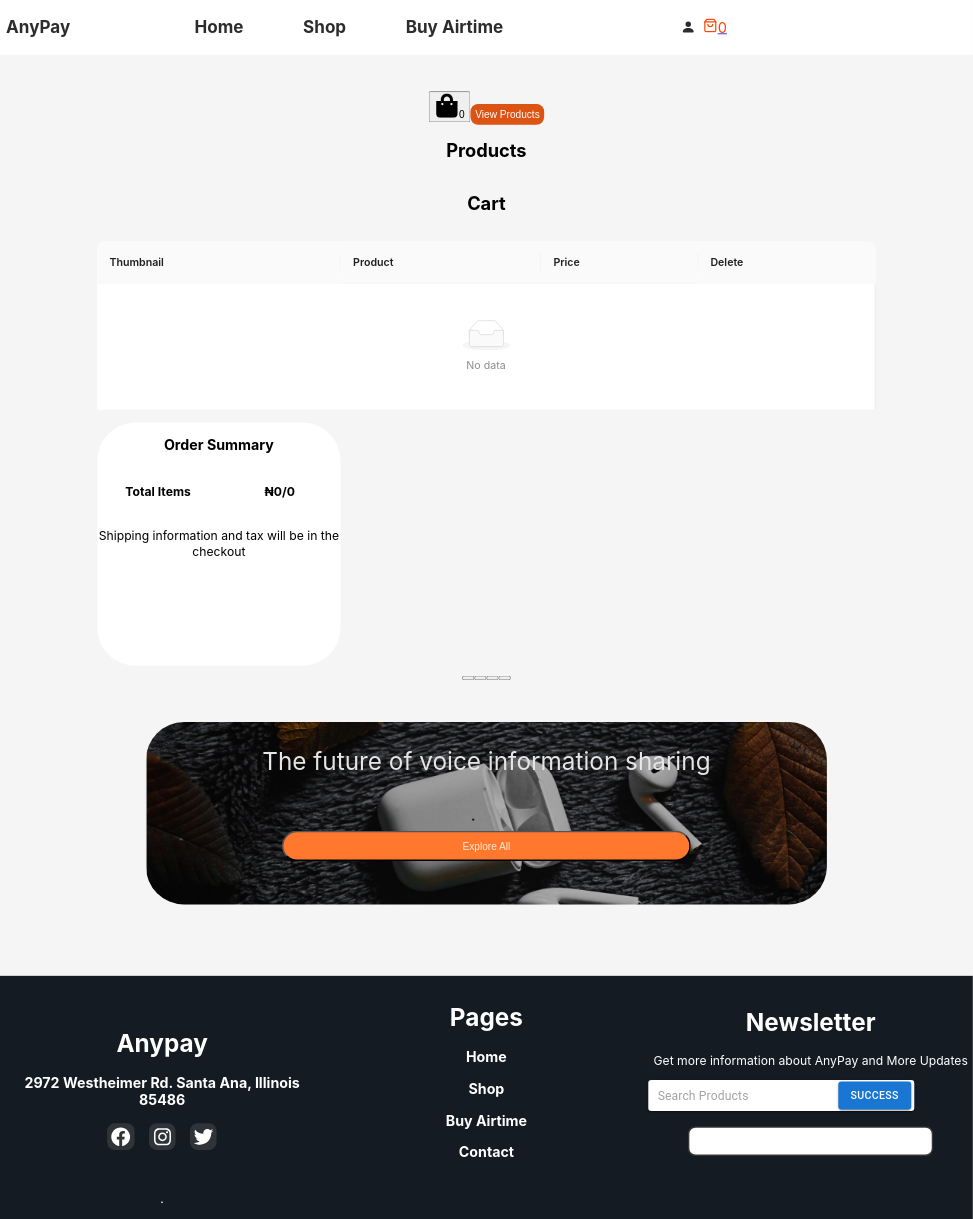
Repository: ValGrace/Ecommerce-project
Page: /prod (app in frontend/), after clicking the first element matching `button`
An editor plug-in stored every save of this project. The page is shown before and after the next save, followed by the edit.
The browser window is 1280 px wide. The pictures show the whole page, at 76% of full size.
The project was rebuilt for these pictures with package versions that can differ from the ones it lists, and the page was loaded fresh each time. Also part of the build but not shown: frontend/src/components/Login.js, frontend/src/components/signup.css, frontend/src/components/Signup.js, frontend/src/components/ChangePass.js, frontend/src/StoreComponents/recommended.js, frontend/src/StoreComponents/images/StorePages/virtualReal.js, frontend/src/StoreComponents/images/StorePages/speakers.js, frontend/src/StoreComponents/images/StorePages/laptops.js and 15 more.

Above is the page before, as saved 2023-07-12 15:54:28.

### frontend/public/index.html
<!DOCTYPE html>
<html lang="en">
  <head>
    <meta charset="utf-8" />
    <!-- <link rel="icon" href="%PUBLIC_URL%/favicon.ico" /> -->
    <meta name="viewport" content="width=device-width, initial-scale=1" />
    <meta name="theme-color" content="#000000" />
    <meta
      name="description"
      content="Web site created using create-react-app"
    />

    <!--
      manifest.json provides metadata used when your web app is installed on a
      user's mobile device or desktop. See https://developers.google.com/web/fundamentals/web-app-manifest/
    -->
    <!-- <link rel="manifest" href="%PUBLIC_URL%/manifest.json" /> -->
    <!--
      Notice the use of %PUBLIC_URL% in the tags above.
      It will be replaced with the URL of the `public` folder during the build.
      Only files inside the `public` folder can be referenced from the HTML.

      Unlike "/favicon.ico" or "favicon.ico", "%PUBLIC_URL%/favicon.ico" will
      work correctly both with client-side routing and a non-root public URL.
      Learn how to configure a non-root public URL by running `npm run build`.
    -->
    <title>Anypay</title>
  </head>
  <body>
    <noscript>You need to enable JavaScript to run this app.</noscript>
    <div id="root"></div>
    <!--
      This HTML file is a template.
      If you open it directly in the browser, you will see an empty page.

      You can add webfonts, meta tags, or analytics to this file.
      The build step will place the bundled scripts into the <body> tag.

      To begin the development, run `npm start` or `yarn start`.
      To create a production bundle, use `npm run build` or `yarn build`.
    -->
  </body>
</html>

### frontend/src/index.js
import React from 'react';
import ReactDOM from 'react-dom';
import './index.css';
import App from './App';
import { Provider } from 'react-redux';
import { store} from './redux/store'
//import { PersistGate } from 'redux-persist/integration/react';
import { BrowserRouter as Router } from 'react-router-dom';

ReactDOM.render(

   <Router>
      <Provider store={store}>
       <App />
      </Provider>
    </Router>
 ,
  document.getElementById('root')
);

### frontend/src/index.css
:root {
  --changeColor: #fff;
  --textColor: rgb(8, 8, 8);
  --background: #f5f5f5;
}
body {
  margin: 0;

  font-family: -apple-system, BlinkMacSystemFont, "Segoe UI", "Roboto", "Oxygen",
    "Ubuntu", "Cantarell", "Fira Sans", "Droid Sans", "Helvetica Neue",
    sans-serif;
  background-color: var(--background);

}

.landing-page {
  width: 100vw;
  height: 100%;
  display: flex;
  flex-direction: column;
  align-items: center;
}

.top-bar {
  width: 100vw;
  max-height: 10vh;
  display: grid;
  color: rgb(44, 44, 44);
  margin-bottom: 3em;
  align-items: center;

  background-color: var(--changeColor);
}

#navbar {
  display: grid;
  grid-template-columns: 2fr 5fr 2fr;
  align-items: center;
  justify-content: center;
  width: 90%;
  font-size: 1.2em;
  position: sticky;
}

.app-logo {
  display: flex;
  margin-left: 0.5rem;
  align-items: flex-end;
  text-decoration: wavy;
}
#pages,
#account {
  display: flex;
  align-items: center;
  justify-content: flex-start;
}

#pages h3 {
  margin-right: 4.9rem;

  color: rgb(44, 44, 44);
}

.mylink {
  text-decoration: none;
}
.email-label {
  text-align: start;
}
.btn-create-account {
  height: 25px;
  position: relative;
  right: 0;
  top: 24%;
  padding: 10px;
  color: #ffffff;
  border-radius: 45px;
  background-color: #ff6915;
  margin-left: 20px;
}

.credentials {
  max-width: 99vw;
  height: auto;
  border-radius: 50px;
  background-color: white;
  color: rgb(32, 32, 32);
  display: flex;
  flex-direction: column;
  align-items: center;
  margin: auto;
}
input {
  width: 100%;
  max-height: 1.6rem;
  border-radius: 10px;
  border: 2px solid rgba(29, 28, 28, 0.884);
  padding: 10px;
  margin: 1.1rem;
}

#subemail {
  margin: 20px;
  width: 70%;
}

.btn {
  width: 60%;
  height: 2.5rem;
  color: antiquewhite;
  margin-top: 40px;
  border-radius: 50px;
  background-color: #ff782d;
}
#btn {
  width: 10.1rem;
  height: 3.6rem;
  border: none;
  background-color: rgb(255, 255, 255);
  margin-right: 1.4rem;
  font-size: 1.2em;
  border-radius: 10px;
}
.formStyle {
  display: flex;
  flex-direction: column;
  align-items: center;
}

.section {
  line-height: 0.3rem;
  padding: 1.2em;
}

.section > h2 {
  font-size: 2rem;
  font-weight: bolder;
}

.container {
  width: 90vw;
  color: var(--changeColor);
  border-radius: 40px;
  height: 80vh;
  display: flex;
  justify-content: center;
  align-items: center;
  background-size: cover;
}

.welcome-section {
  background: linear-gradient(0deg, rgba(0, 0, 0, 0.2), rgba(0, 0, 0, 0.2)),
    url("https://images.unsplash.com/photo-1581351123004-757df051db8e?ixlib=rb-1.2.1&ixid=MnwxMjA3fDB8MHxzZWFyY2h8Nzl8fGdhbWluZ3xlbnwwfHwwfHw%3D&auto=format&fit=crop&w=500&q=60"),
    #ffffff;
  border-radius: 50px;
  width: 90vw;
  height: auto;
  display: flex;
  flex-direction: column;
  align-items: center;
  padding: 1.6em;
  background-size: cover;
  margin-left: 0.4rem;
  margin-bottom: 0.9rem;
}

.intro {
  width: 45%;
  height: auto;
  font-weight: bolder;
  font-size: 2.2rem;
  color: #ffffff;
}
#search {
  width: 50%;
  height: 3.1em;
  margin: 2.6rem;
}

input[type="search"] + p {
  font-size: 2.1em;
  color: rgb(255, 255, 255);
}

.product {
  width: 80vw;
  /* height: 280px; */
  /* position: relative; */
  z-index: 4;
  top: -5%;
  display: flex;
  flex-wrap: wrap;
  gap: 20px;
  justify-content: center;
  align-items: center;
  font-weight: bolder;
}

.product-item {
  width: 15em;
  height: 40vh;
  border-radius: 10px;
  background-color: var(--changeColor);
  color: var(--textColor);
  font-size: 0.8rem;
  text-align: end;
  padding: 5px;
}

.descr {
  position: relative;
  bottom: 0;
}

.recharge {
  width: 80vw;
  padding: 0.8em;
  display: flex;
  margin: 1.5rem;
  flex-direction: column;
}
.recharge > h2 {
  text-align: start;
  color: #171718cc;
}
.btn-dispatch {
  display: flex;
  flex-direction: row;
  gap: 0.3em;
}
.redux-store-content {
  display: flex;
  flex-direction: column;
  flex-grow: 1;
  padding-left: 0;
  padding: 1.2em;

}
#options {
  display: flex;
  flex-direction: row;
  gap: 2rem;
}
#airtime {
  width: 10rem;
  height: auto;
  border-radius: 10px;
  background-color: #ffffff;
}

.categories {
  width: 90vw;
  height: auto;
  display: flex;
  flex-direction: column;
  padding: 10px;
  border-radius: 50px;
  gap: 1.2rem;
  background-color: rgba(252, 252, 252, 0.938);
}
.categories > h2 {
  text-align: center;
  color: #1c1c1dd8;
}
.store-category {
  display: flex;
  gap: 0.8em;
  flex-direction: row;
  flex-wrap: wrap;
  justify-content: center;
}
.storeClass {
  max-width: 9.5rem;
  height: 9.5rem;
}

.storeClass > img {
  width: 6em;
  height: 6em;
  border-radius: 50%;
  background-size: contain;
}

.top-deals,
.gaming-section {
  width: 80vw;
  /* height: 25rem; */

  display: flex;
  flex-direction: column;
  margin: auto;
}

.top-deals > h1 {
  text-align: start;
  color: #0f0f0fe3;
}

.shoppingbag:hover {
  background-color: #ff910049;
}
/* AllProducts */
.deals-container {
  display: flex;
  flex-direction: row;
  justify-content: center;
  width: 80vw;
  height: auto;
  gap: 1rem;
}
.singleDeal {
  width: 15rem;
  height: 20rem;
  background-color: white;
  border-radius: 20px;
  padding-top: 10px;
}
#top {
  display: grid;
  grid-template-columns: 1fr 1fr;
  justify-content: center;
  align-items: center;
}
#top-price {
  background-color: #ffa573;
  width: 5rem;
  margin: 10px;
  border-radius: 6px;
}

.singleDeal > img {
  width: 100%;
  height: 50%;
}

.explore {
  width: 70vw;
  height: 15rem;
  display: flex;
  border-radius: 50px;
  padding: 3rem;
  flex-direction: column;
  align-items: flex-start;
  justify-content: center;
  background: url("./StoreComponents/images/Rectangle\ 35.png");
  margin: 3.4rem;
  color: #e5e5e5;
}

.explore-btn {
  width: 8rem;
  height: 2rem;
  border-radius: 10px;
  background-color: #ff782d;
  border: none;
}

.shop-games {
  width: 90%;
  height: auto;
  display: flex;
  margin: 0.9em;
  gap: 1em;
  justify-content: center;
  align-items: center;
}

.gaming-section {
  width: 80vw;
  color: #19191ae8;
}
.singleGame {
  width: 15em;
  height: 20em;
  border-radius: 20px;
  padding: 10px;
  background-color: rgba(255, 255, 255, 0.932);
  background-size: contain;
}

.singleGame > img {
  width: 100%;
  height: 40%;
}

.image-section {
  width: 80vw;
  height: 17rem;
  margin: 8rem;
  background: url("./StoreComponents//images/image6.png");
  background-size: cover;
  border-radius: 50px;
}

.image-section > img {
  width: 40rem;
  height: 21.3rem;
  position: relative;
  top: -88%;
  right: -25%;
}
.sect {
  color: white;
  display: flex;
  flex-direction: column;
  margin-left: 10px;
}
.second-image {
  width: 70vw;
  height: 15rem;
  margin: 3.4rem;
  font-size: 2rem;
  color: #e5e5e5;
  background: url("./StoreComponents/images/Rectangle\ 38.png");
  border-radius: 50px;
}

.store-container {
  width: 60vw;
  height: 40vh;
  display: flex;
  margin: 1em;
  background: var(--changeColor);
  border: 1px solid #ffffff;
  box-sizing: border-box;
}

.store-content {
  display: flex;
  flex-direction: column;
  align-items: flex-end;
  padding-left: 0;
  padding: 1.2em;
}

.store-content > h3 {
  color: rgba(36, 35, 35, 0.856);
  font-size: 1rem;
}
.store-image {
  width: 40%;
  height: 100%;
  display: flex;
  align-items: flex-start;
}

.store-image > img {
  width: 15em;
  height: 100%;
}
#mini {
  display: grid;
  grid-template-columns: 1fr 1fr;
}

.entireStore {
  display: flex;
}

section {
  width: 25vw;
  position: -webkit-sticky;
  position: sticky;
  height: 100vh;
  top: 0;
  display: flex;
  flex-direction: column;
  left: 0;
}
section > button {
  background-color: orangered;
  width: 15vw;
  margin: 1.5em;
  font-size: 0.8rem;
  border-radius: 10px;
  color: #ffffff;
  padding: 10px;
}

article {
  position: relative;
  right: 0;
}

.plant-store {
  width: 20em;
  height: 30em;
  display: flex;
  flex-direction: column;
  background-color: blue;
  gap: 3em;
}

.plant-store > img {
  width: 100%;
  height: 40%;
}

.plantStore {
  display: flex;
  width: 50em;
  flex-wrap: wrap;
  position: relative;
  right: 0;
}

#cart-section {
  display: grid;
  grid-template-columns: 1fr 1fr;
}

.store-btn {
  background-color: rgb(220, 83, 20);
  width: auto;
  height: 1.7rem;
  border: none;
  border-radius: 10px;
  color: white;
  justify-content: end;
}
.redux-store-btn {
  background-color: rgb(220, 83, 20);
  width: auto;
  height:1.2em;
  border: none;
  border-radius: 10px;
  color: white;
  justify-content: end;
}

footer {
  width: 100vw;
  height: 20rem;
  margin-top: 40px;
  display: grid;
  grid-template-columns: 1fr 1fr 1fr;
  background-color: #141b22;
  align-items: center;
  justify-content: center;
  color: white;
}
/* shoppingcart */

.social-accounts {
  display: flex;
  gap: 1.2rem;
  align-items: center;
  justify-content: center;
}

#account-icon {
  width: 2.2rem;
  height: 2.2rem;
  border-radius: 10px;
  background-color: rgba(122, 122, 122, 0.274);
  display: flex;
  justify-content: center;
  align-items: center;
}
.header {
  position: relative;
  left: -30%;
  top: 10%;
}

.cart-container {
  display: flex;
}

.personal {
  position: relative;
  left: -30%;
  text-align: start;
}
.login {
  width: 100%;
  border: 2px solid rgba(27, 27, 27, 0.856);
  padding: 10px;
  margin-bottom: 1em;
}

.private {
  display: flex;
}

#expiry,
#ccv {
  width: 7rem;
  margin: 1.2rem;
}
.cart-btn {
  background-color: black;
  color: #ffffff;
  width: 6rem;
  margin: 1.2rem;
  height: 3rem;
}

.details-component {
  display: grid;
  grid-template-columns: 1fr 1fr;
  width: 80vw;
  height: 60vh;
}
.image-container {
  height: 100%;
  background-color: white;
  display: flex;
  align-items: center;
  justify-content: center;
  border-radius: 10%;
}

.image-container > img {
  width: 70%;
  height: 70%;
}
.quantity {
  display: flex;
  position: relative;
  left: 30%;
  margin: 2rem;
}

.buysingle,
.buyall {
  padding: 30px;
  display: flex;
  flex-direction: column;
  font-weight: 600;
  align-items: center;
  justify-content: space-around;
  background-color: var(--changeColor);
  border-radius: 20px;
  margin-bottom: 20px;
}
.quantity > div {
  width: 4rem;
  height: 4rem;
}
.shipping,
.payment {
  max-width: 40em;
  min-height: 5em;
  margin: 20px;
  background-color: var(--changeColor);
  display: flex;
  border-radius: 5%;
  flex-direction: column;
  justify-content: center;

  padding: 30px;
}
.shipping1,
.payment1 {
  display: grid;
  grid-template-columns: 3fr 1fr;
  align-items: center;
}
#firstName,
#lastName,
#phone,
#cardname,
#cardnum,
#expire,
#cvv,
#discount {
  width: 95%;
}

.airtime {
  display: flex;
  gap: 1em;
}
.brands {
  display: flex;
  justify-content: center;
  align-items: center;
  width: 10em;
  height: 10em;
  position: relative;
  left: 30%;
}
.brands > img {
  width: 100%;
  height: 50%;
}

.air {
  display: grid;
  grid: 1fr 1fr;
  width: 40vw;
  position: relative;
  left: 30%;
  text-align: start;
  grid-template-rows: 1fr 1fr;
  grid-template-areas:
    "header" "section"
    "sidebar content";
}
#bt {
  height: 50px;
  width: 400px;
  border: none;
  border-radius: 10px;
}
.air > input {
  width: 50%;
}

.cartproducts {
  display: flex;
  height: auto;
  flex-direction: column;

  position: relative;
  z-index: 0;
}
#flexing {
  display: flex;
}
.allproducts {
  display: flex;
  flex-direction: row;
  flex-wrap: wrap;
  height: auto;
  position: relative;
  align-items: center;
  z-index: 0;
}
.color-options {
  min-width: 80%;
}
.btn-color {
  min-width: 1.9rem;
  min-height: 1.9rem;
  margin: 0.4rem;
  border-radius: 50%;
}
.page-navigate h3 {
  color: var(--changeColor);
}
.details-component {
  padding: 40px;
}
.about-section,
.reviews {
  width: 45rem;
  position: relative;
  left: 10%;
  text-align: start;
}

.reviews-section {
  width: 50%;
  min-height: 5rem;
  background-color: white;
}
aside {
  display: flex;
}

.related-prod {
  display: grid;
  grid-template-columns: 1fr 1fr;
  align-items: flex-start;
  color: #141b22;
}

table {
  border-collapse: collapse;
  text-align: center;
  width: 70vw;
}
table td {
  padding: 10px 75px;
  border-right: 0.5px solid rgba(83, 83, 83, 0.137);
}
table th > td {
  border-right: 0;
  padding: 0px 80px;
}
table th,
table tr {
  padding: 10px 10px;
  border-bottom: 1px solid rgba(66, 66, 66, 0.514);
}

#imgnprod {
  width: 7rem;
  height: 4rem;
}

.summary {
  background-color: var(--changeColor);
  width: 20em;
  height: 20em;
  border-radius: 50px;
}

#totals {
  display: grid;
  grid-template-columns: 1fr 1fr;
  justify-content: center;
  align-items: center;
}

@media screen and (max-width: 1200px) {
  #pages {
    display: none;
  }
  .top-bar {
    height: 10vh;
    display: flex;
    justify-content: center;
  }
  #nav-pages {
    width: 70vw;
    position: absolute;
    top: 40%;
    display: flex;
    flex-direction: column;
    padding: 0.1em;
    background-color: rgba(212, 209, 209, 0.774);
  }
  footer {
    /* width: 95vw; */
    grid-template-columns: 1fr;
    height: auto;
  }
  table {
    border-collapse: collapse;
    text-align: center;
    width: 100vw;
    border-bottom: 30px;
  }
  table td {
    padding: 20px 52px;
    margin: 1px;
  }
  table th,
  table tr {
    padding: 10px 62px;
    border-bottom: 1px solid;
    margin: 2px;
  }
  #flexing {
    flex-direction: column;
    align-items: flex-start;
  }
  table th > td {
    padding: 0 55px;
  }

  #imgnprod {
    width: 3rem;
  }
}

@media screen and (min-width: 1200px) {
  #bar {
    display: none;
  }
}

@media screen and (max-width: 990px) {
  .store-container {
    width: 90vw;
  }

  .store-content {
    font-size: 0.9rem;
  }
}
@media screen and (max-width: 650px) {
  .fullStore {
    min-width: 300px;
  }


  /* .welcome-section {
    width: 90vw;
    position: relative;
    margin-bottom: 35em;
  } */
  .product {

    position: relative;
    width: 100%;
    margin: auto;
    color: black;
  }
  .product-item {
    position: relative;
    width: 50vw;
    font-size: 1.4rem;
  }

  #recimg {
    width: 40%;
  }
  .gaming-section {
    width: 100vw;
  }

  .shop-games {
    /* position: relative;
    left: -15%; */
    width: 100vw;
    display: flex;
    flex-direction: column;
    justify-content: center;
    align-items: center;
  }
  /* .singleDeal {
    position: relative;
    left: -35%;
  } */

  .singleDeal {
    width:70vw;
  }

  .singleGame {
    width: 95vw;
    height: 25vh;
    display: grid;
    grid-template-columns: 1fr 1fr 1fr 1fr;
    grid-template-rows: auto;
    grid-template-areas: "header header descript descript"
                         "header header . ."
                         "header header sidecontent sidecontent";
  }

  .singleGame > img {
    grid-area: header;
  }

  .singleGame > h3 {

    grid-area: descript;
  }

  .singleGame > h4 {
    grid-area: sidecontent;
  }
  .deals-container {
    /* position: relative;
    left: 40%; */


    flex-direction: column;
  }
  .explore {
    max-width: 95vw;
    margin: 0.5rem;
    /* position: relative;
    left: 50%; */
  }

  .gaming-section {
    /* position: relative;
    left: 20%; */
    width: 100vw;
    display: grid;
    justify-content: center;
    align-items: center;
  }

  .cartproducts {
    position: relative;
    left: 0;
  }

  #topup,
  #mobile {
    width: 10em;
  }
  .airtime {
    width: 100vw;
    position: relative;
    left: -30%;
  }
  .air {
    position: relative;
    width: 100vw;
    left: 0;
  }
  .brands {
    width: 10em;
    flex-wrap: wrap;
  }
  .store-container {
    width: 80vw;
    height: 20vh;
  }
  .store-image > img {
    width: 5rem;
  }
  .store-content > h3 {
    font-size: 0.5em;
  }
  #mini,
  #branded {
    display: none;
  }
  #cart-section {
    font-size: 0.6em;
  }
  #shopcart {
    size: 0.7em;
  }
  input[type="search"] + p {
    color: #1b1b1bc5;
  }
  table {
    border-collapse: collapse;
    font-size: 0.8em;
    text-align: center;
    width: 100vw;
  }
  table td {
    padding: 3px 2px;
    margin: 1px;
  }
  table th,
  table tr {
    padding: 3px 2px;
    border-bottom: 1px solid;
    margin: 2px;
  }
  #flexing {
    flex-direction: column;
    align-items: flex-start;
  }
  table th > td {
    padding: 0 5px;
  }
  .air {
    display: flex;
    flex-direction: column;
  }

  .image-section {
    display: none;
  }
}

### frontend/src/App.js
import './App.css';

import EntryPage from './components/LandingPage';



function App() {

  return (
    <div className="App">
    <EntryPage />

    </div>

  );
}

export default App;

### frontend/src/redux/store.js
import { configureStore} from "@reduxjs/toolkit"
import { cartReducer } from "./cartSlice"
import storage from "redux-persist/lib/storage"
import {
    persistStore,
    persistReducer,
    FLUSH,
    REHYDRATE,
    PAUSE,
    PERSIST,
    PURGE,
    REGISTER
} from 'redux-persist'

const persistConfig = {
    key: 'root',
    storage
}

const persistedReducer = persistReducer(persistConfig, cartReducer)

export const store = configureStore({
    reducer: persistedReducer,
    middleware: (getDefaultMiddleware) =>
        getDefaultMiddleware({
            serializableCheck: {
                ignoredActions: [FLUSH, REHYDRATE, PAUSE, PERSIST, PURGE, REGISTER]
            }
        })

})

export const persistor = persistStore(store)

### frontend/src/App.css
.App {
  text-align: center;
  box-sizing: border-box;
}

### frontend/src/components/footerNavbar.js
import React from 'react'
import { FaFacebook, FaInstagram, FaTwitter } from 'react-icons/fa'
import { Link } from 'react-router-dom'
import Paper from '@mui/material/Paper';
import InputBase from '@mui/material/InputBase';
import Button from '@mui/material/Button'
import IconButton from '@mui/material/IconButton';

const MyFooterNav = () => {

    return (
        <>
        <div className="brand">
            <h1>Anypay</h1>
            <h3>2972 Westheimer Rd. Santa Ana, Illinois 85486</h3>
            <div className="social-accounts">
                <div id="account-icon"><FaFacebook size="1.6rem"/></div>
                <div id="account-icon"><FaInstagram size="1.6rem"/></div>
                <div id="account-icon"><FaTwitter size="1.6rem"/></div>
            </div>
             </div>
             <div className="page-navigate">
                 <h1>Pages</h1>
                 <Link to="/dash" className="mylink"><h3>Home</h3></Link>
                <Link to="/prod" className="mylink"> <h3>Shop</h3></Link>
                <Link to="/airtime" className="mylink"><h3>Buy Airtime</h3></Link>
                 <h3>Contact</h3>
             </div>
             <div className="Newsletter">
                 <h1>Newsletter</h1>
                 <p>Get more information about AnyPay and More Updates</p>
                 <form className="form-wrapper cf">
                 <Paper
      component="form"
      sx={{ p: '2px 4px', display: 'flex', alignItems: 'center', width: "80%" }}
    >

      <InputBase
        sx={{ ml: 1, flex: 1 }}
        placeholder="Search Products"
        inputProps={{ 'aria-label': 'search google maps' }}

      />
      <Button variant="contained">
  Success
</Button>
      {/* <IconButton type="button" sx={{ p: '10px' }}
      aria-label="search"

      >
        <button className="btn">Subscribe</button>
      </IconButton> */}

    </Paper>
                 <label htmlFor="subemail">
                     <input type="email" id="subemail"/>
                     <span></span>
                 </label>
                 </form>
             </div>
             <hr/>
        </>
    )
}

export default MyFooterNav

### frontend/src/apiintergration/firebase.js
import firebase from "firebase/compat/app"
import "firebase/compat/auth"

const app = firebase.initializeApp({
  apiKey: "AIzaSyA3ARP2SHm3BAsDMOQ0o52z6XqkaT4PUwQ",
  authDomain: "anypay-28455.firebaseapp.com",
  projectId: "anypay-28455",
  storageBucket: "anypay-28455.appspot.com",
  messagingSenderId: "1067102265748",
  appId: "1:1067102265748:web:0e3f616d8af48933452f81",
  measurementId: "G-D37HMCCEGX"
})
export const auth = app.auth()
export default app

Loaded but not shown: frontend/src/components/AllProducts.js (175 lines, source omitted); frontend/src/components/LandingPage.js (64 lines, source omitted); frontend/src/components/navbar.js (52 lines, source omitted); frontend/src/redux/cartSlice.js (43 lines, source omitted); frontend/src/Context/AuthContext.js (41 lines, source omitted)

After the next save:
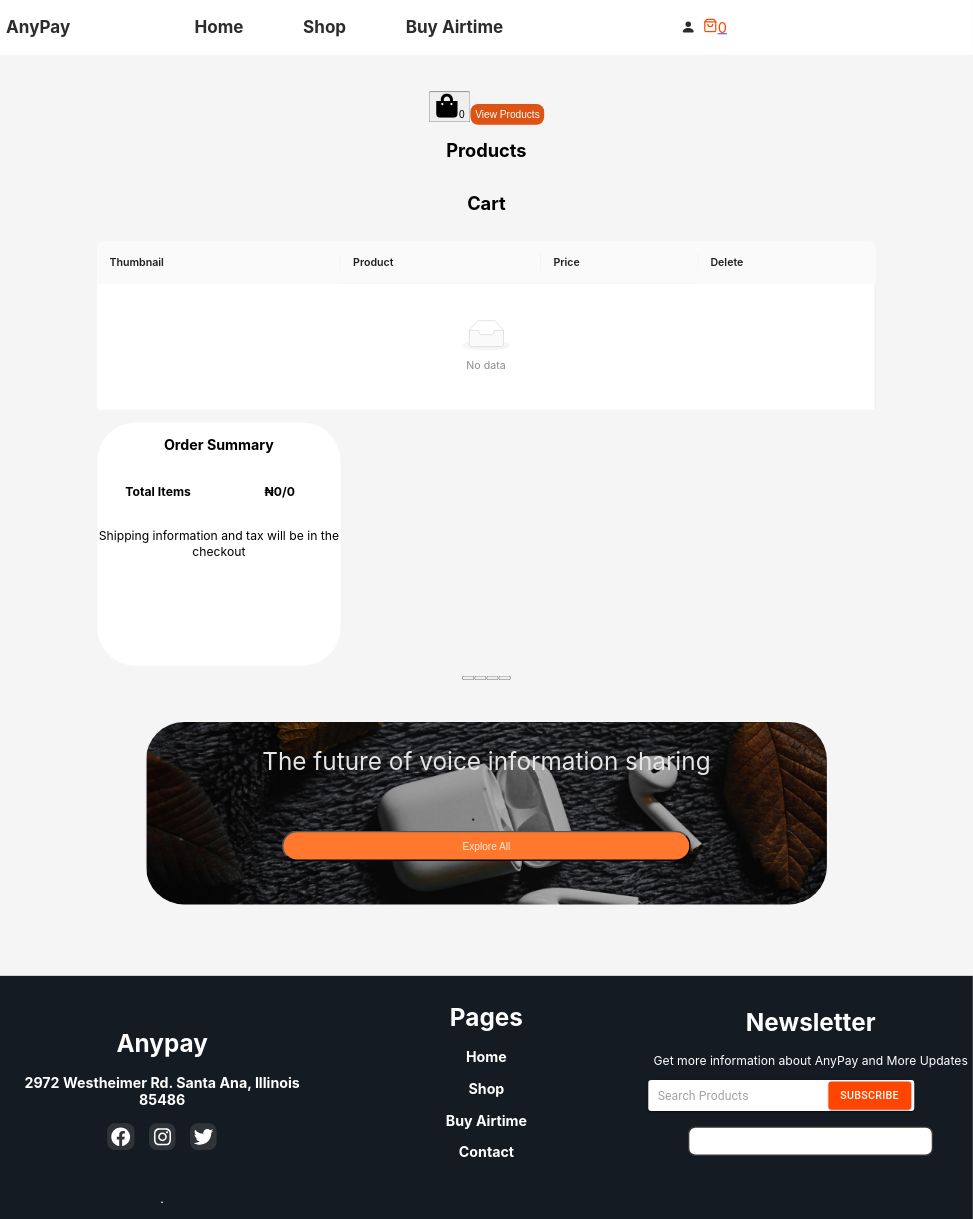
Saved 115 s later.
--- a/frontend/src/components/footerNavbar.js
+++ b/frontend/src/components/footerNavbar.js
@@ -41,8 +41,8 @@
         inputProps={{ 'aria-label': 'search google maps' }}
 
       />
-      <Button variant="contained">
-  Success
+      <Button variant="contained" sx={{backgroundColor: 'orangered'}}>
+  Subscribe
 </Button>
       {/* <IconButton type="button" sx={{ p: '10px' }}
       aria-label="search"
